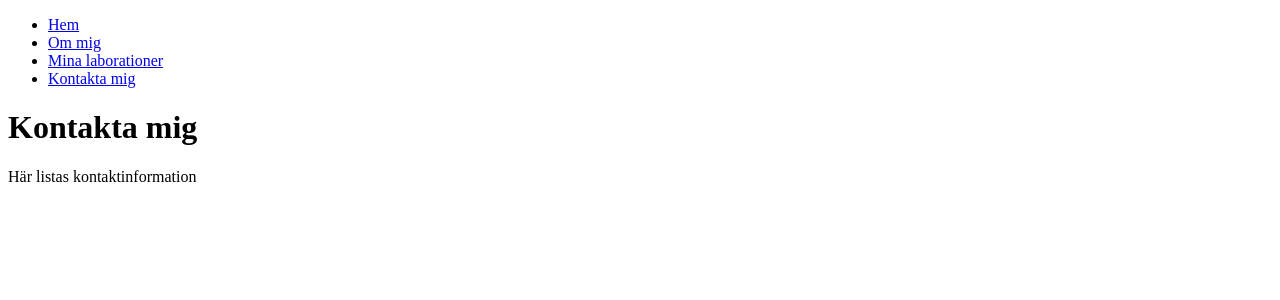
Repository: Holmewi/1ik415-jh222qr-laborationer
Page: pages/kontakt.html
The author's editor kept a record of every edit. The page is drawn from the files as they stood at one moment, then again after the next edit.
The browser window is 1280 px wide. The pictures show the whole page.

Above is the page before.

### pages/kontakt.html
<!DOCTYPE HTML>
<html>
    <head>
        <meta charset="utf-8">
        <title>Kontakt - Joakim Holmevi</title>
    </head>
    <body>
        <div>
            <ul>
                <li><a href="../index.html">Hem</a></li>
                <li><a href="presentation.html">Om mig</a></li>
                <li><a href="laborationer.html">Mina laborationer</a></li>
                <li><a href="presentation.html">Kontakta mig</a></li>
            </ul>
        </div>

        <H1>Kontakta mig</H1>
        <p>Här listas kontaktinformation</p>

    </body>
</html>

After the next edit:
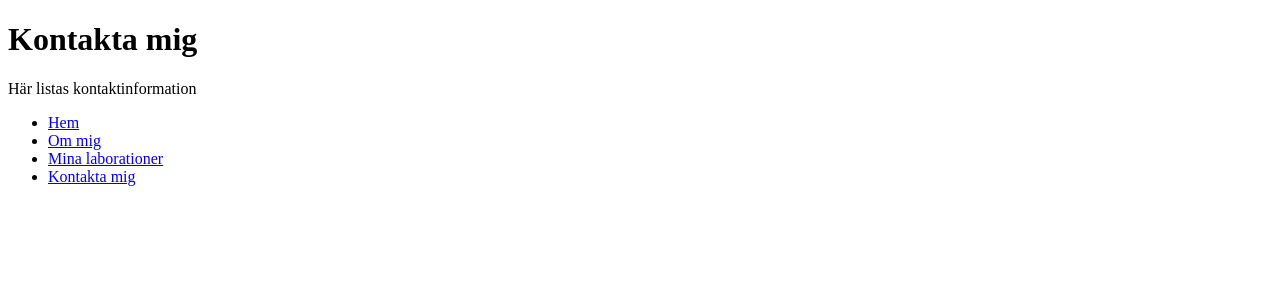
The edit:
--- a/pages/kontakt.html
+++ b/pages/kontakt.html
@@ -5,17 +5,16 @@
         <title>Kontakt - Joakim Holmevi</title>
     </head>
     <body>
+        <H1>Kontakta mig</H1>
+        <p>Här listas kontaktinformation</p>
+
         <div>
             <ul>
                 <li><a href="../index.html">Hem</a></li>
                 <li><a href="presentation.html">Om mig</a></li>
                 <li><a href="laborationer.html">Mina laborationer</a></li>
-                <li><a href="presentation.html">Kontakta mig</a></li>
+                <li><a href="kontakt.html">Kontakta mig</a></li>
             </ul>
         </div>
-
-        <H1>Kontakta mig</H1>
-        <p>Här listas kontaktinformation</p>
-
     </body>
 </html>
